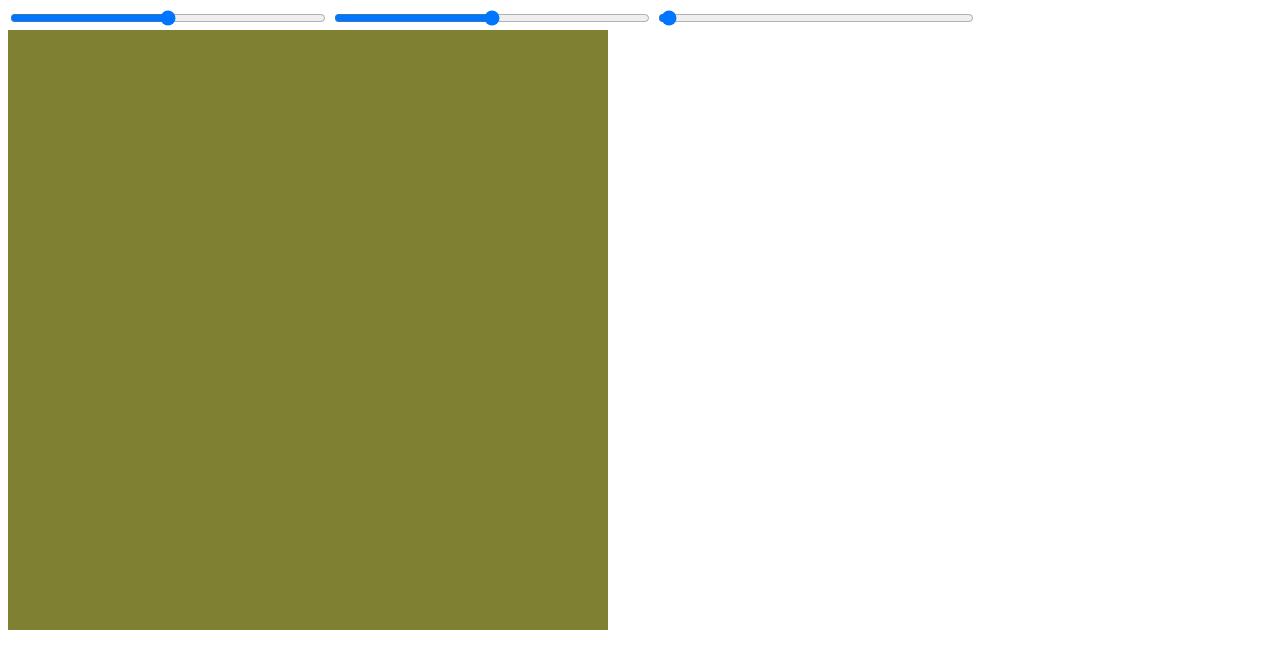
Repository: JoinGame-A36664/Build-House-WebGL
Page: index.html
The author's editor kept a copy of each file at every save. The page is drawn from the files as they stood at one save, then again after the next save.
The browser window is 1280 px wide. The pictures show the whole page.

Above is the page before, as saved 2021-10-24 23:20:09.
Console error: ReferenceError: program is not defined

After the next save:
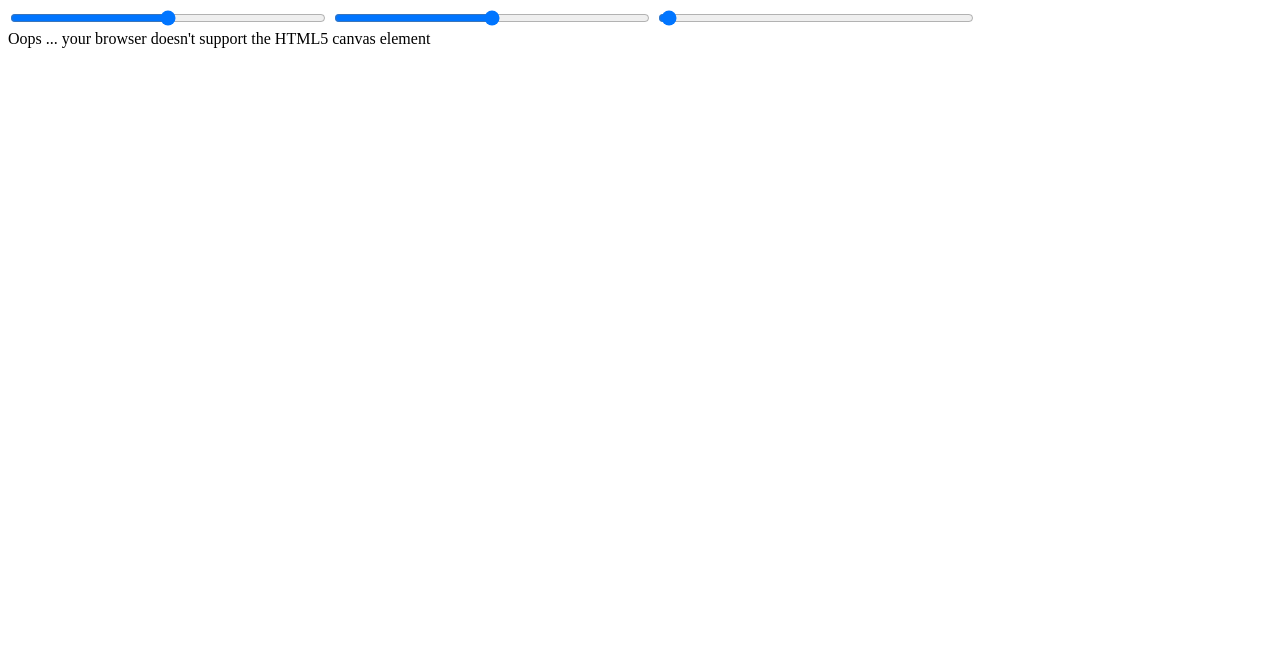
Console error: TypeError: canvas.getContext is not a function
Saved 73 s later.
--- a/index.html
+++ b/index.html
@@ -58,9 +58,9 @@
 			/>
 		</div>
 
-		<canvas id="gl-canvas" width="600" height="600">
+		<div id="gl-canvas" width="600" height="600">
 			Oops ... your browser doesn't support the HTML5 canvas element
-		</canvas>
+		</div>
 
 		<script type="text/javascript" src="Common/initShaders.js"></script>
 		<script type="text/javascript" src="Common/MVnew.js"></script>

After the save that followed:
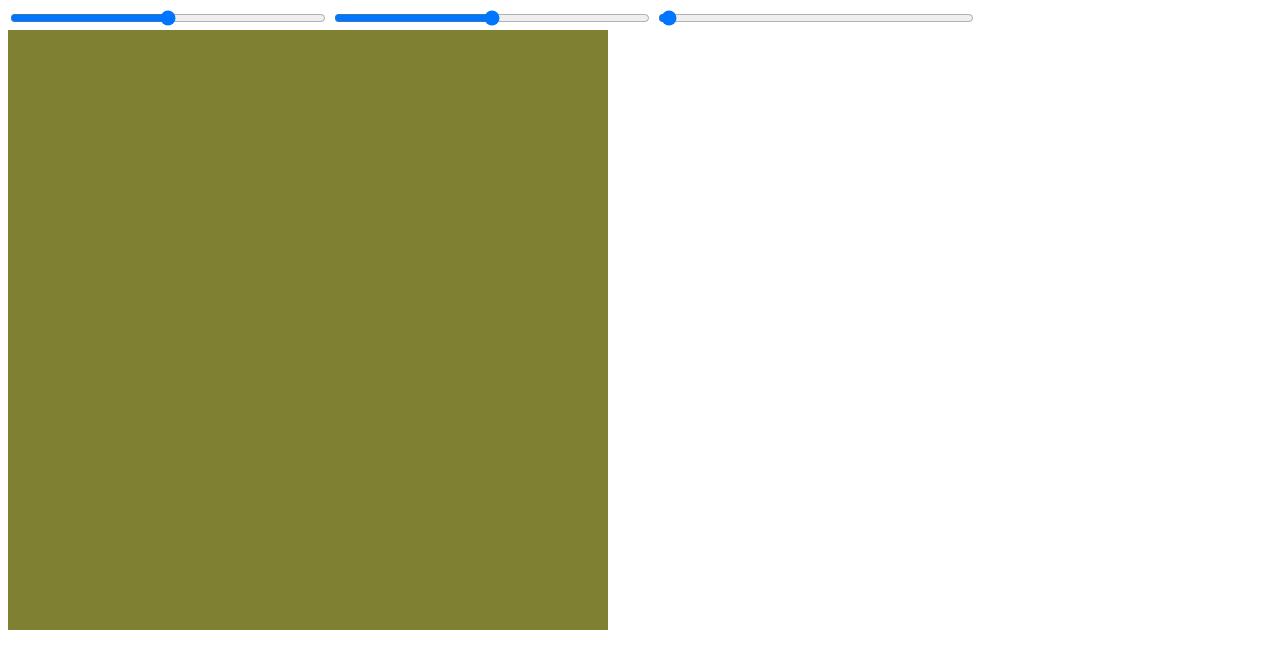
Console error: ReferenceError: program is not defined
Saved 11 s later.
--- a/index.html
+++ b/index.html
@@ -58,9 +58,9 @@
 			/>
 		</div>
 
-		<div id="gl-canvas" width="600" height="600">
+		<canvas id="gl-canvas" width="600" height="600">
 			Oops ... your browser doesn't support the HTML5 canvas element
-		</div>
+		</canvas>
 
 		<script type="text/javascript" src="Common/initShaders.js"></script>
 		<script type="text/javascript" src="Common/MVnew.js"></script>
